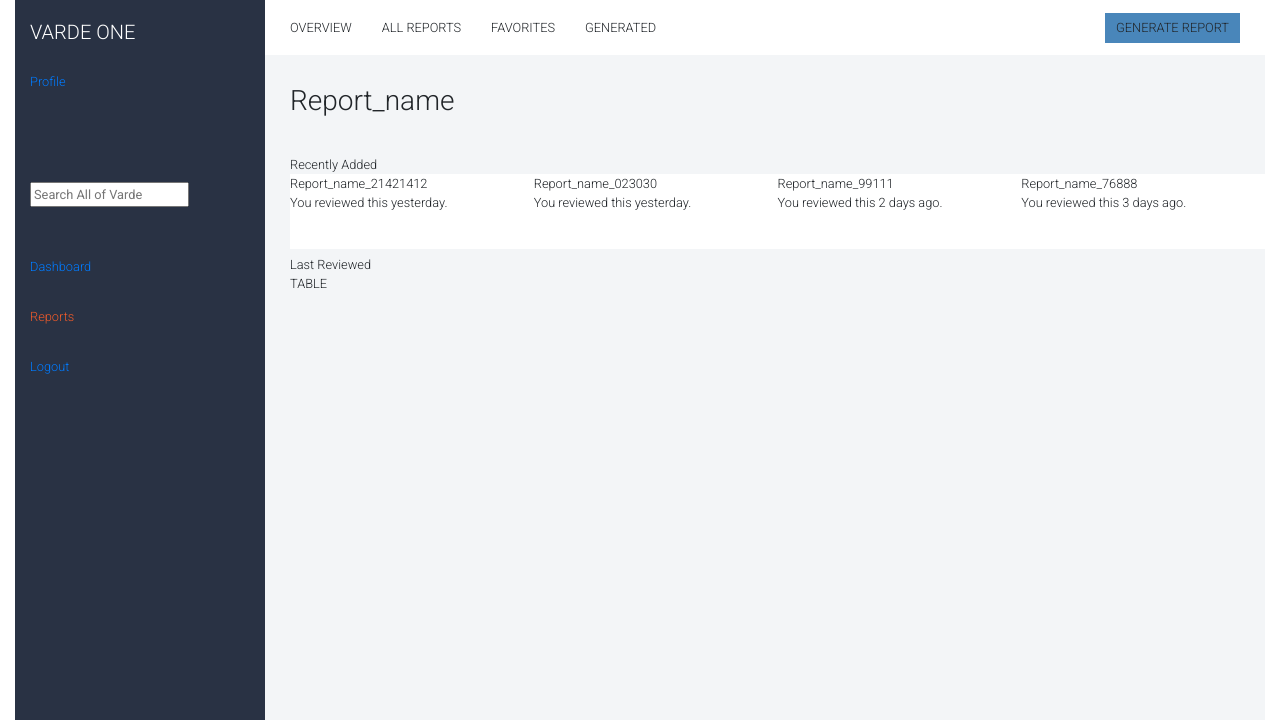
Repository: slavishtipkov/cra-redux
Page: /reports
An editor plug-in stored every save of this project. The page is shown before and after the next save, followed by the edit.
The browser window is 1280 px wide. The pictures show the whole page.
The project was rebuilt for these pictures with package versions that can differ from the ones it lists, and the page was loaded fresh each time.

Above is the page before, as saved 2019-07-09 14:35:08.

### src/index.js
import React from "react";
import ReactDOM from "react-dom";
import { BrowserRouter as Router } from "react-router-dom";

import * as serviceWorker from "./serviceWorker";

import "@fortawesome/fontawesome-free/css/all.min.css";
import "bootstrap-css-only/css/bootstrap.min.css";
import "mdbreact/dist/css/mdb.css";

import App from "./Components/App";

import "./index.css";

ReactDOM.render(
  <Router>
    <App />
  </Router>,
  document.getElementById("root")
);

// If you want your app to work offline and load faster, you can change
// unregister() to register() below. Note this comes with some pitfalls.
// Learn more about service workers: https://bit.ly/CRA-PWA
serviceWorker.unregister();

### src/index.css
@import-normalize;

#root {
  max-width: 1360px;
  min-width: 960px;
  margin: 0 auto;
  font-size: 0.8rem;
}

### src/Components/App/App.js
import React, { Suspense, lazy } from "react";
import { Route, Switch } from "react-router-dom";

import SideBar from "../Common/SideBar";

import "./App.scss";

const Login = lazy(() => import("../../Containers/Login"));
const Profile = lazy(() => import("../../Containers/Profile"));
const Dashboard = lazy(() => import("../../Containers/Dashboard"));
const Reports = lazy(() => import("../../Containers/Reports"));
const NotFound = lazy(() => import("../Common/NotFound"));

const App = ({ childProps }) => {
  return (
    <div className="container-fluid">
      <SideBar />
      <Suspense fallback={<div>Loading...</div>}>
        <Switch>
          <Route path="/" exact component={Login} props={childProps} />
          <Route path="/profile" exact component={Profile} props={childProps} />
          <Route
            path="/dashboard"
            exact
            component={Dashboard}
            props={childProps}
          />
          <Route path="/reports" exact component={Reports} props={childProps} />
          <Route component={NotFound} />
        </Switch>
      </Suspense>
    </div>
  );
};

export default App;

### src/Components/App/App.scss
.container-fluid {
  width: 100%;
  height: 100vh;

  display: flex;
  align-items: stretch;

  .side-bar {
    width: 20%;
  }

  .page {
    width: 80%;
    background-color: #f3f5f7;

    .page-header {
      .page-header-nav {
        background-color: #ffffff;
        display: flex;
        justify-content: space-between;

        ul {
          display: flex;
          margin: 0;
          padding: 0;
          height: 55px;
          line-height: 55px;

          padding-left: 25px;

          li {
            display: block;
            margin-right: 30px;

            &:hover {
              color: #4986ba;
              cursor: pointer;
            }
          }
        }
      }
      .page-header-heading {
        height: 100px;
        display: flex;
        align-items: center;
        padding-left: 25px;
      }
      .page-header-content {
        padding-left: 25px;
      }
    }

    .page-content {
      padding-left: 25px;
    }
  }
}

### src/Containers/Reports/index.js
import Reports from "./Reports";

export default Reports;

### src/Components/Common/SideBar/SideBar.js
import React from "react";
import { NavLink } from "react-router-dom";

import "./sideBar.scss";
import { MDBContainer, MDBRow, MDBCol } from "mdbreact";
const SideBar = () => {
  const activeStyle = { color: "#F15B2A" };

  return (
    <nav className="side-bar">
      <h5 className="heading">VARDE ONE</h5>
      <div className="profile-section">
        <NavLink to="/profile" activeStyle={activeStyle}>
          Profile
        </NavLink>
      </div>
      <div className="search-bar">
        <input type="text" placeholder="Search All of Varde" />
      </div>
      <div className="main-links">
        <NavLink to="/dashboard" activeStyle={activeStyle}>
          Dashboard
        </NavLink>
        <NavLink to="/reports" activeStyle={activeStyle} exact>
          Reports
        </NavLink>
      </div>
      <NavLink to="/logout" activeStyle={activeStyle}>
        Logout
      </NavLink>
    </nav>
  );
};

export default SideBar;

### src/Containers/Reports/Reports.js
import React from "react";

import "./reports.scss";

const Reports = () => (
  <div className="reports-page page">
    <div className="reports-page-header page-header">
      <div className="page-header-nav">
        <ul>
          <li>OVERVIEW</li>
          <li>ALL REPORTS</li>
          <li>FAVORITES</li>
          <li>GENERATED</li>
        </ul>
        <div className="generate-report-wrapper">
          <div className="generate-button">GENERATE REPORT</div>
        </div>
      </div>
      <div className="page-header-heading">
        <h3>Report_name</h3>
      </div>
      <div className="page-header-content">
        <div className="recently-added-wrapper">
          <div className="recently-added-heading">Recently Added</div>
          <div className="recently-added-boxes">
            <div className="recently-added-box">
              <div className="name">Report_name_21421412</div>
              <div className="info">You reviewed this yesterday.</div>
            </div>
            <div className="recently-added-box">
              <div className="name">Report_name_023030</div>
              <div className="info">You reviewed this yesterday.</div>
            </div>
            <div className="recently-added-box">
              <div className="name">Report_name_99111</div>
              <div className="info">You reviewed this 2 days ago.</div>
            </div>
            <div className="recently-added-box">
              <div className="name">Report_name_76888</div>
              <div className="info">You reviewed this 3 days ago.</div>
            </div>
          </div>
        </div>
      </div>
    </div>
    <div className="page-content">
      <div>Last Reviewed</div>
      <div className="table">TABLE</div>
    </div>
  </div>
);

export default Reports;

### src/Components/Common/SideBar/sideBar.scss
.side-bar {
  display: flex;
  flex-direction: column;

  padding-left: 15px;
  padding-right: 15px;
  background-color: #293244;

  .heading {
    padding-top: 20px;
    padding-bottom: 20px;
    color: white;
  }

  .profile-section {
    height: 90px;
    margin-bottom: 20px;
  }

  .serach-bar {
    padding-top: 20px;
    margin-bottom: 50px;

    input {
      display: inline;
    }
  }

  .main-links {
    display: flex;
    flex-direction: column;
    margin-top: 50px;

    a {
      height: 50px;
      text-decoration: none;
    }
  }
}

### src/Containers/Reports/reports.scss
.reports-page {
  .reports-page-header {
    .generate-report-wrapper {
      align-self: center;
      text-align: center;

      .generate-button {
        margin-right: 25px;
        height: 30px;
        width: 135px;
        background-color: #4986ba;
        line-height: 30px;
        cursor: pointer;
      }
    }
    .page-header-content {
      .recently-added-wrapper {
        height: 100px;

        .recently-added-heading {
        }
        .recently-added-boxes {
          display: flex;
          justify-content: space-between;

          .recently-added-box {
            height: 75px;
            width: 250px;
            background-color: #ffffff;
          }
        }
      }
    }
  }
}

Loaded but not shown: public/index.html (common file); src/serviceWorker.js (common file); src/Components/App/index.js (common file); src/Components/Common/SideBar/index.js (common file)

After the next save:
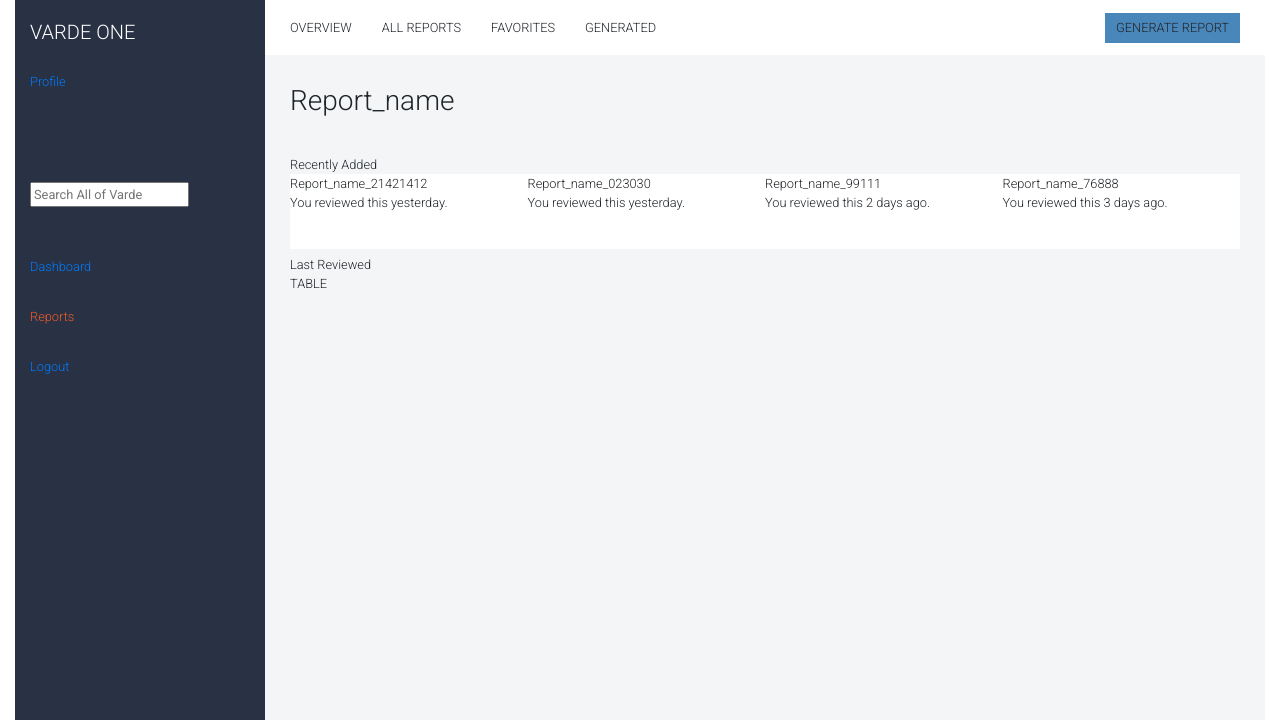
Saved 73 s later.
--- a/src/Components/App/App.scss
+++ b/src/Components/App/App.scss
@@ -47,6 +47,7 @@
       }
       .page-header-content {
         padding-left: 25px;
+        padding-right: 25px;
       }
     }
 
